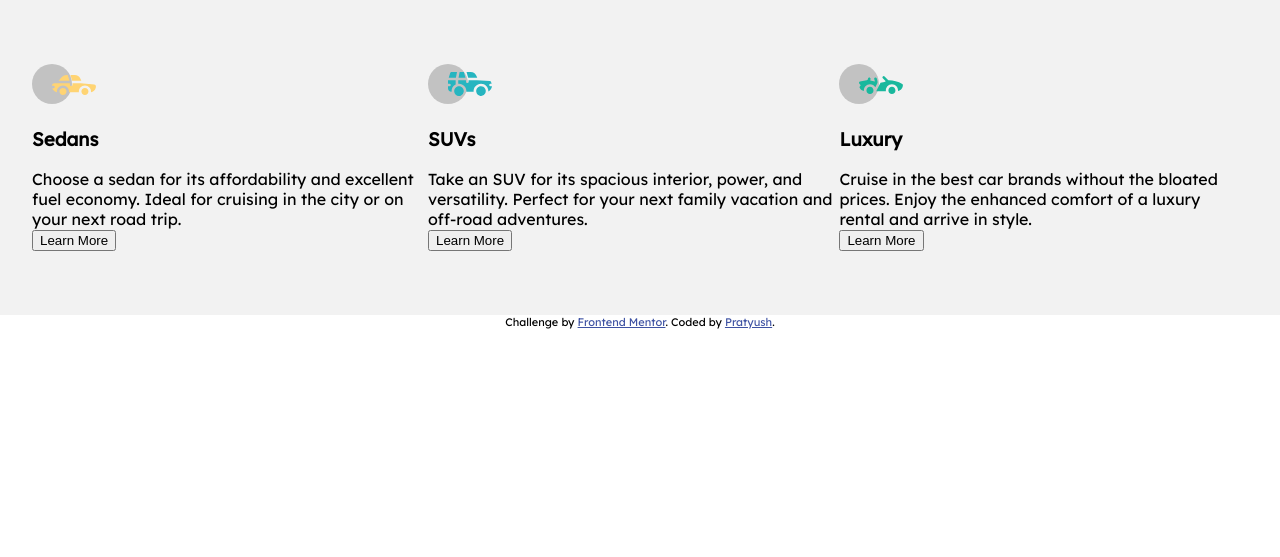
Repository: PratypartyY2K/frontendmentor-challenges
Page: 3-column-card/index.html
The author's editor kept a copy of each file at every save. The page is drawn from the files as they stood at one save, then again after the next save.
The browser window is 1280 px wide. The pictures show the whole page.

Above is the page before, as saved 2021-07-14 12:44:54.

After the next save:
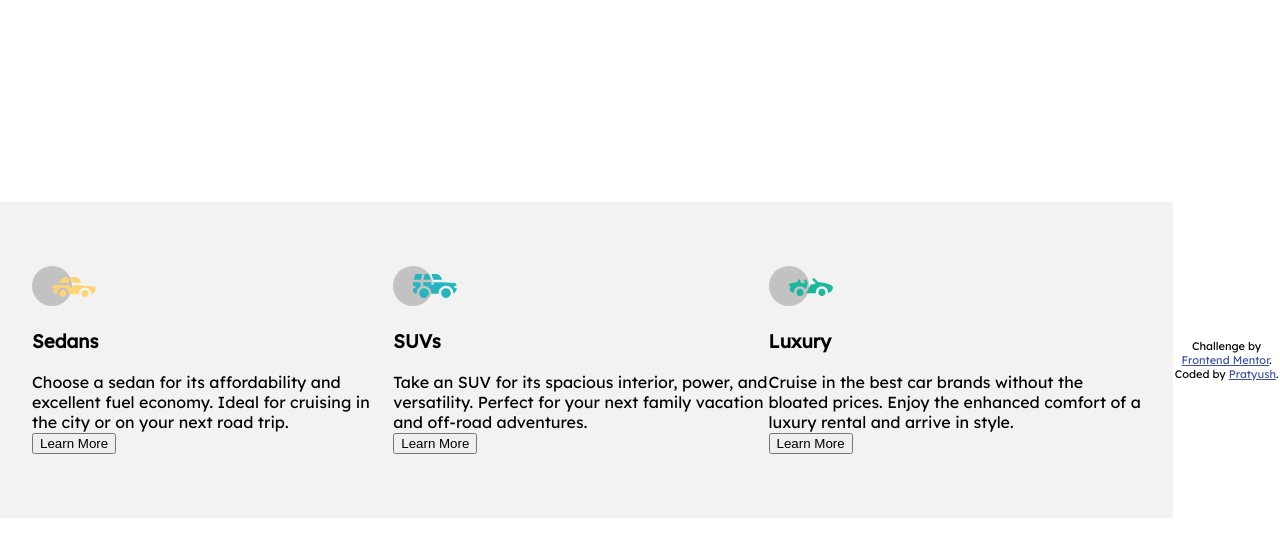
Saved 50 s later.
--- a/3-column-card/style.css
+++ b/3-column-card/style.css
@@ -10,6 +10,11 @@
 body {
     margin: 0;
     font-family: 'Lexend Deca', sans-serif;
+    min-height: 100vh;
+    display: flex;
+    justify-content: center;
+    align-items: center;
+
 }
 
 .card-wrapper {
